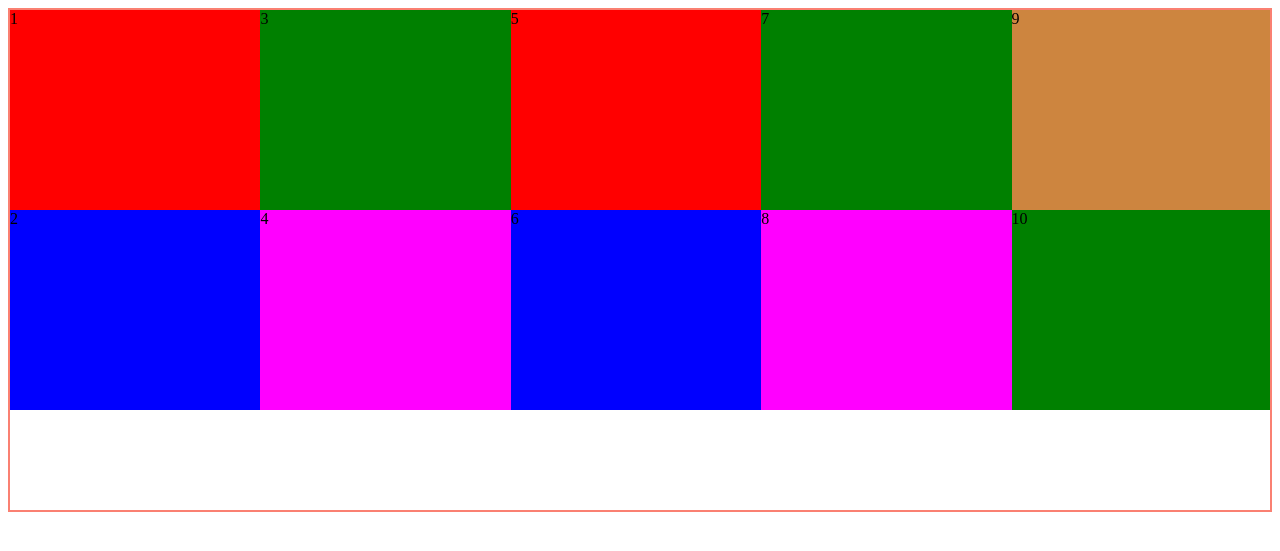
Repository: DinkarRavi/Dinkar_Coding
Page: 22aug24/grid.html
These files come from the project's save history. The page is drawn as it stood at one moment and after a run of saves; the edit follows.
The browser window is 1280 px wide. The pictures show the whole page.

Above is the page before, as saved 2024-08-22 15:10:37.

After the next 2 saves:
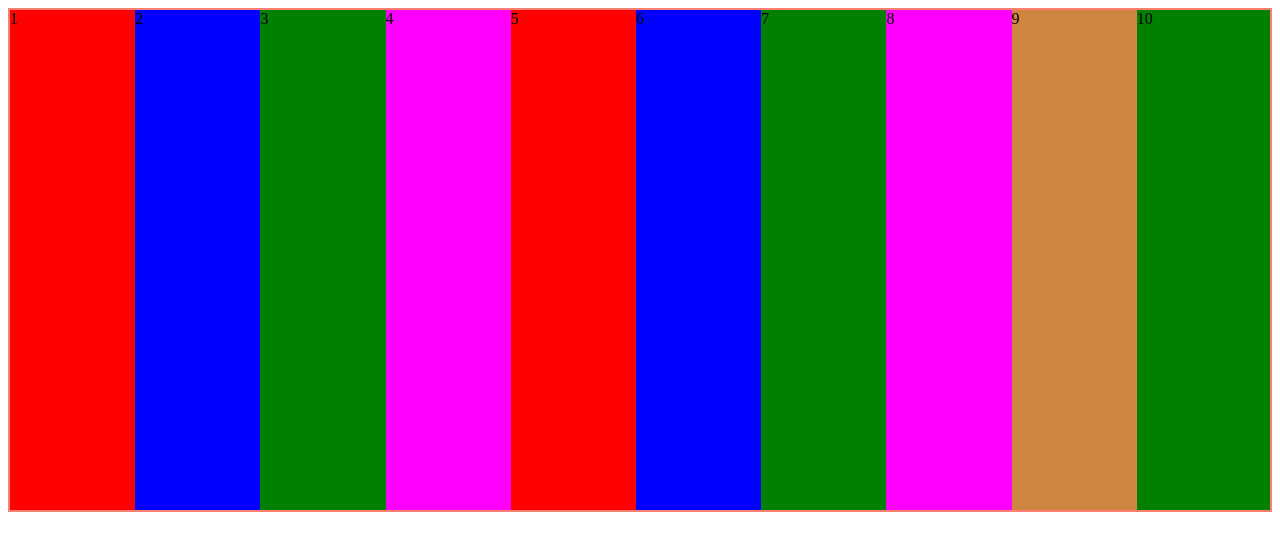
The 2 saves are shown as one change because they came seconds apart.
The last was saved 8 s later.
--- a/22aug24/grid.css
+++ b/22aug24/grid.css
@@ -5,8 +5,8 @@
 
 height: 500px;
 display: grid;
-grid-template-columns: 2;
-grid-template-rows: 200px 200px;
+/* grid-template-columns: 200px 200px;
+grid-template-rows: 200px 200px; */
 /* grid-auto-rows: 50px;
 grid-template-columns:100px;  */
 grid-auto-flow: column;
